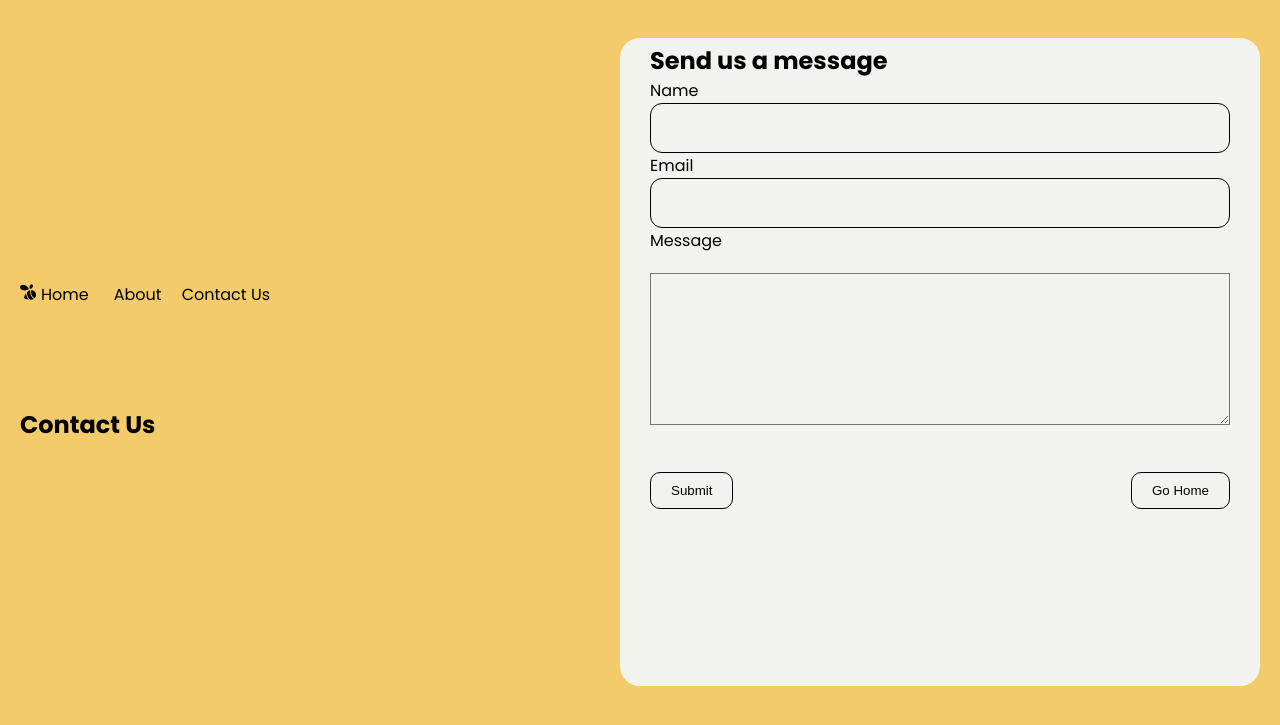
Repository: ble-syn/Random-user-generator-app
Page: /contact
An editor plug-in stored every save of this project. The page is shown before and after the next save, followed by the edit.
The browser window is 1280 px wide. The pictures show the whole page.
The project was rebuilt for these pictures with package versions that can differ from the ones it lists, and the page was loaded fresh each time. Also part of the build but not shown: src/components/pagination.jsx, src/components/User.jsx, src/pages/Home.jsx, src/components/ErrorFallback.jsx, src/pages/About.jsx, src/pages/NotFound.jsx, src/pages/Mission.jsx, src/pages/Vision.jsx.

Above is the page before, as saved 2022-10-28 22:21:10.

After the next save:
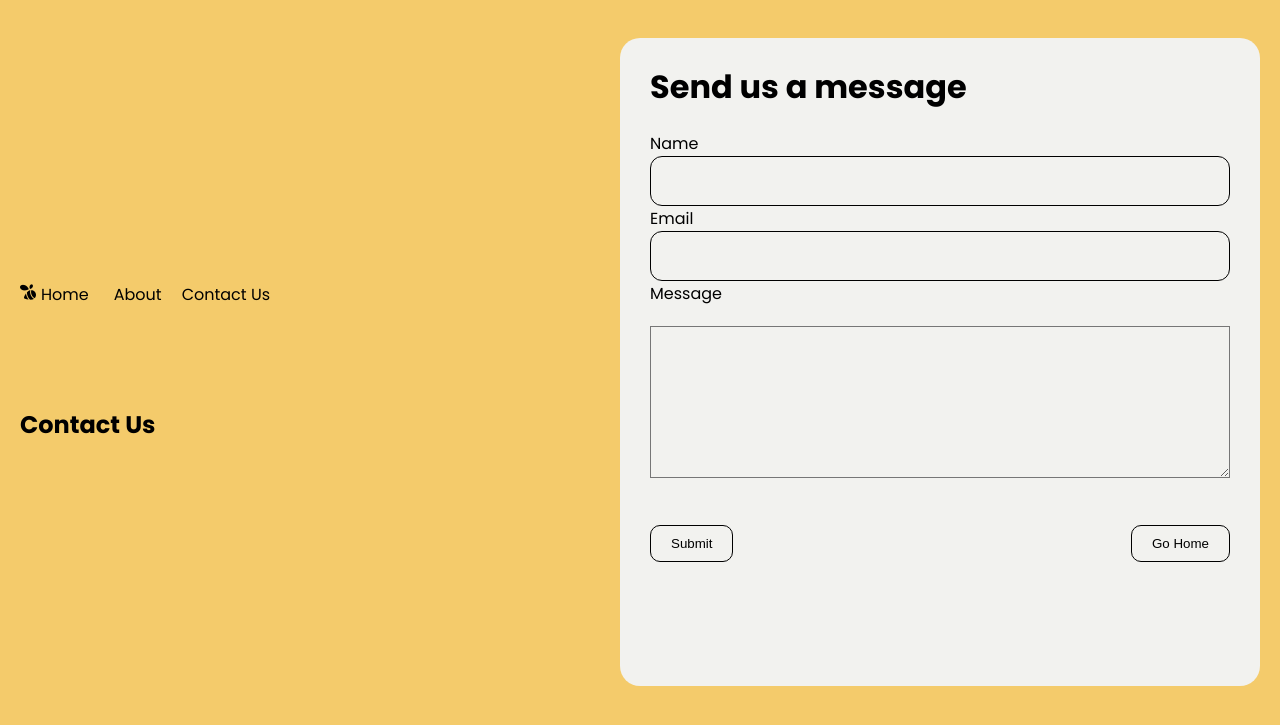
Saved 18 s later.
--- a/src/index.css
+++ b/src/index.css
@@ -119,7 +119,7 @@ background-color: #8DCC50;
   border-radius: 20px;
   padding: 5px 30px;
 }
-.right h2 {
+#right h2 {
   font-size: 2rem;
   margin: 20px 0;
 }
